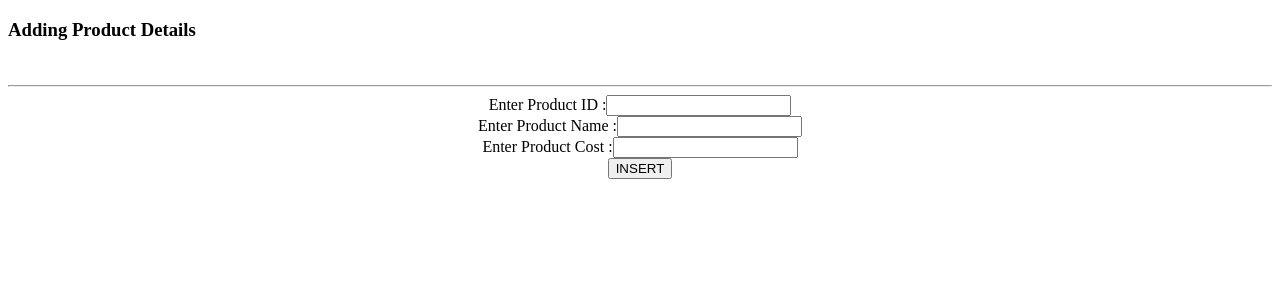
Repository: uaganesh/training
Page: ProductDetails/src/main/webapp/index.html
These files come from the project's save history. The page is drawn as it stood at one moment and after the next save; the edit follows.
The browser window is 1280 px wide. The pictures show the whole page.

Above is the page before, as saved 2022-08-09 03:05:38.

### ProductDetails/src/main/webapp/index.html
<!DOCTYPE html>
<html>
<head>
<meta charset="ISO-8859-1">
<title>Product Details</title>
</head>
<body>
<form action="ProductController" method="post">
<h3>Adding Product Details</h3><br>
<hr>
<center>
Enter Product ID :<input type="text" name="pid"><br>
Enter Product Name :<input type="text" name="pname"><br>
Enter Product Cost :<input type="text" name="price"><br>
<input type="submit" value="INSERT">
</center>

</form>
</body>
</html>

After the next save:
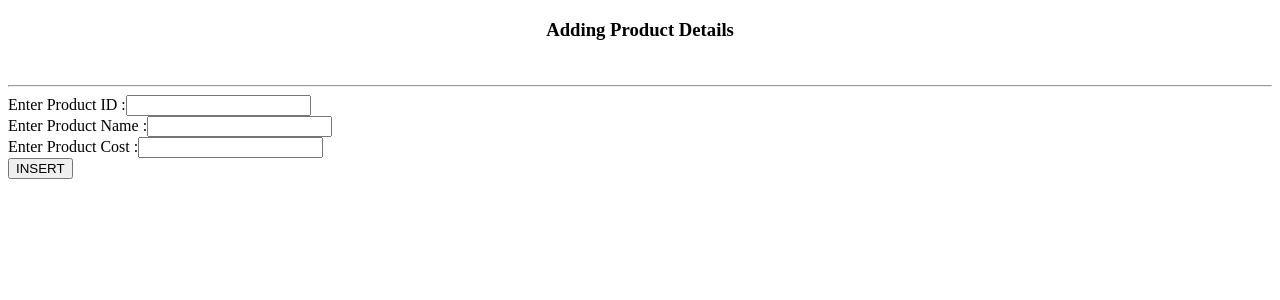
Saved 29 s later.
--- a/ProductDetails/src/main/webapp/index.html
+++ b/ProductDetails/src/main/webapp/index.html
@@ -6,14 +6,14 @@
 </head>
 <body>
 <form action="ProductController" method="post">
-<h3>Adding Product Details</h3><br>
+<center><h3>Adding Product Details</h3></center><br>
 <hr>
-<center>
+
 Enter Product ID :<input type="text" name="pid"><br>
 Enter Product Name :<input type="text" name="pname"><br>
 Enter Product Cost :<input type="text" name="price"><br>
 <input type="submit" value="INSERT">
-</center>
+
 
 </form>
 </body>
